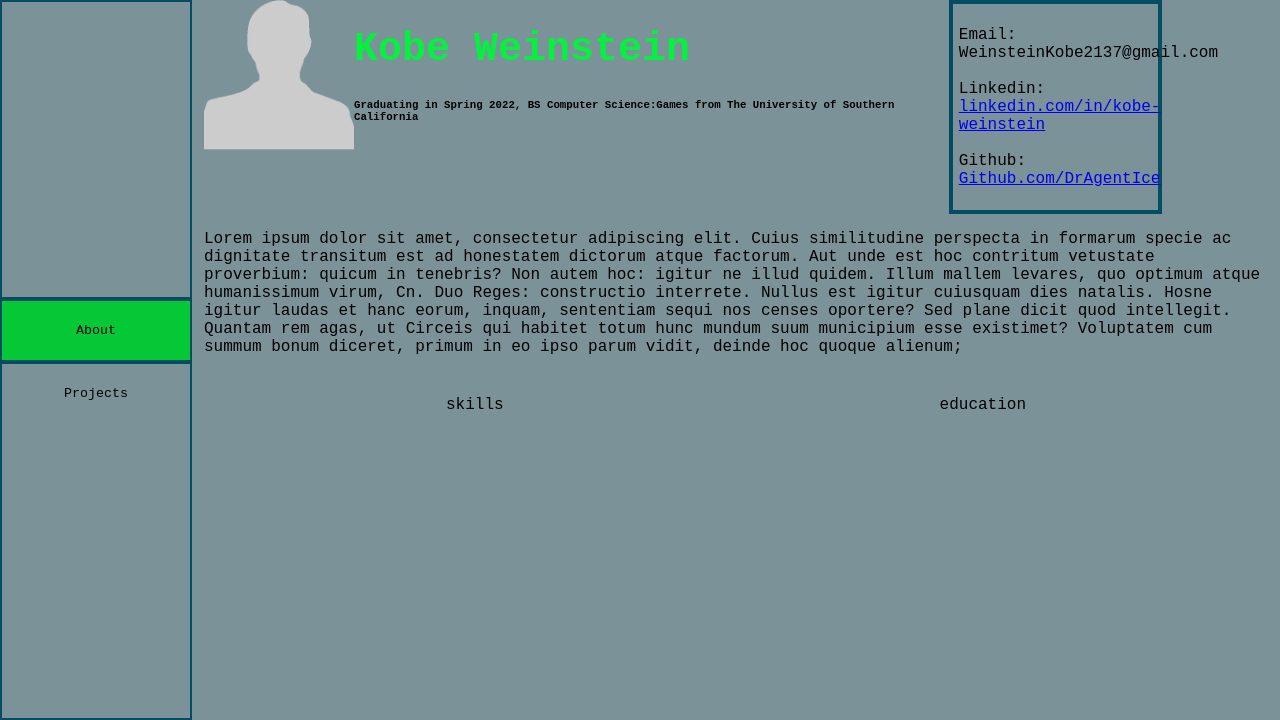
Repository: DrAngentIce/Kobe.Weinstein
Page: PortfollioSite/WebContent/Index.html
The author's editor kept a copy of each file at every save. The page is drawn from the files as they stood at one save, then again after the next save.
The browser window is 1280 px wide. The pictures show the whole page.

Above is the page before, as saved 2021-01-15 04:10:42.

After the next save:
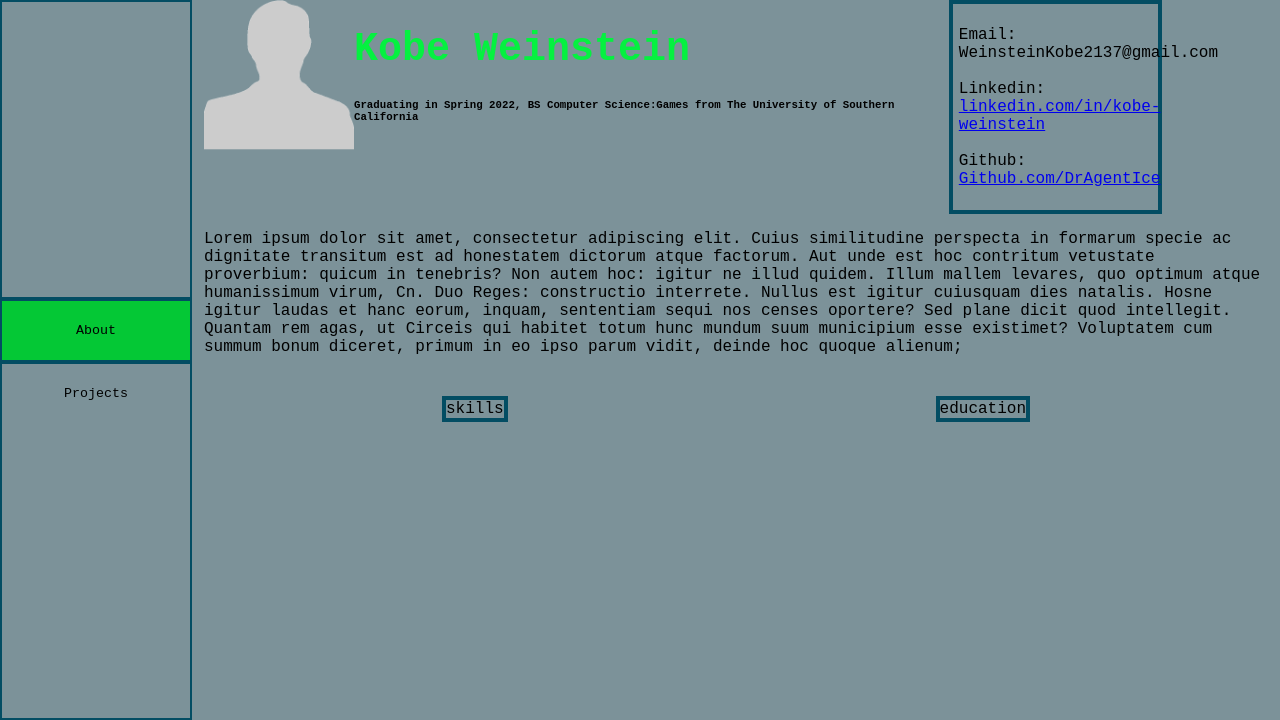
Saved 50 s later.
--- a/PortfollioSite/WebContent/Index.html
+++ b/PortfollioSite/WebContent/Index.html
@@ -111,6 +111,12 @@
 	padding: 24px;
 }
 
+.column
+{
+	border: 4px solid var(--Secondary);
+
+}
+
 </style>
 
 
